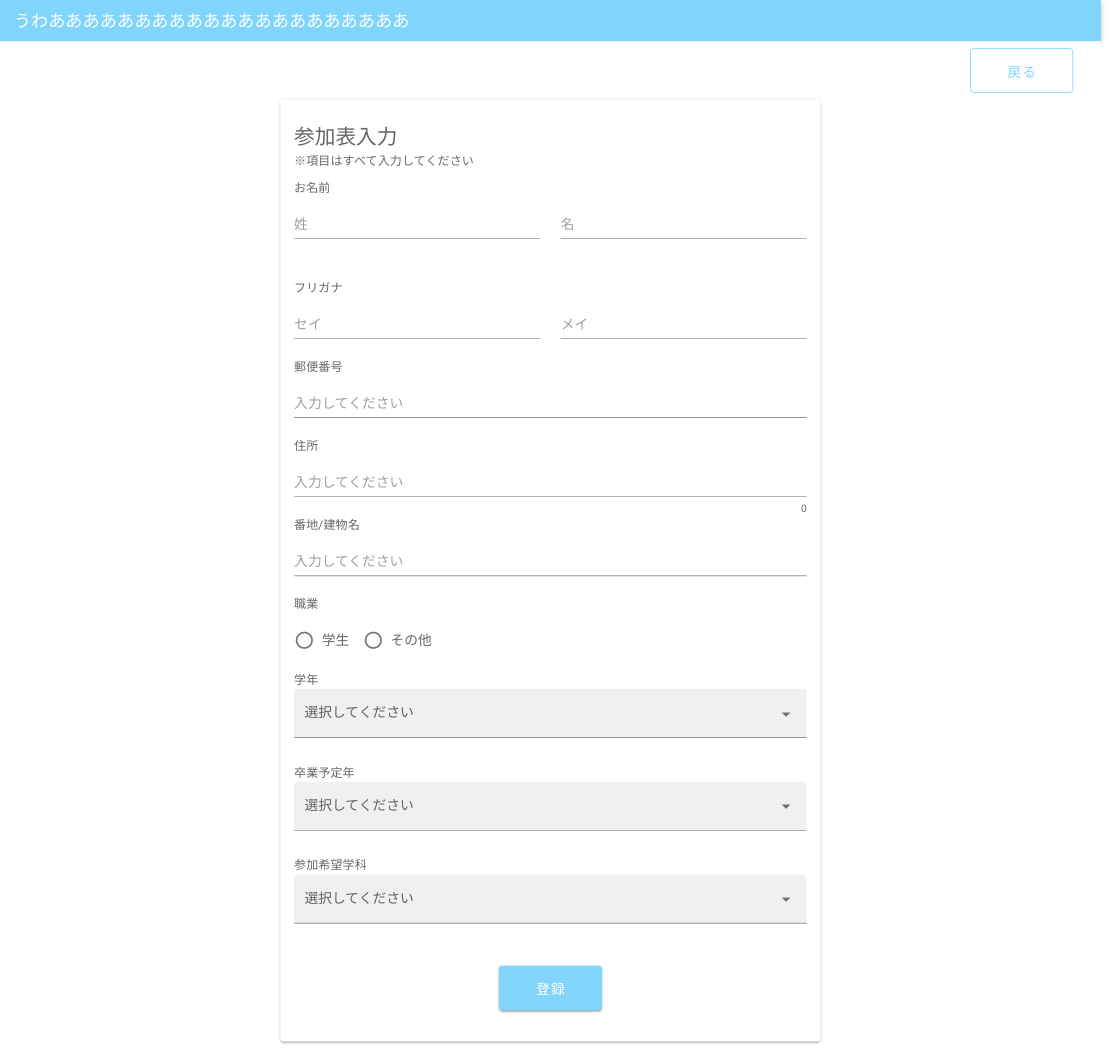
Repository: taniwhy/open-campus-system
Page: /#/register (app in client_view/)
The author's editor kept a copy of each file at every save. The page is drawn from the files as they stood at one save, then again after the next save.
The browser window is 1280 px wide. The page is 1292 px wide, so the pictures cover 1292 px, including what lies to the right of the window. The pictures show the whole page, at 86% of full size.
The project was rebuilt for these pictures with package versions that can differ from the ones it lists, and the page was loaded fresh each time. Also part of the build but not shown: client_view/vue.config.js, client_view/src/components/Home.vue, client_view/src/components/Login.vue, client_view/src/components/Branch.vue.

Above is the page before, as saved 2019-11-28 12:24:58.

After the next save:
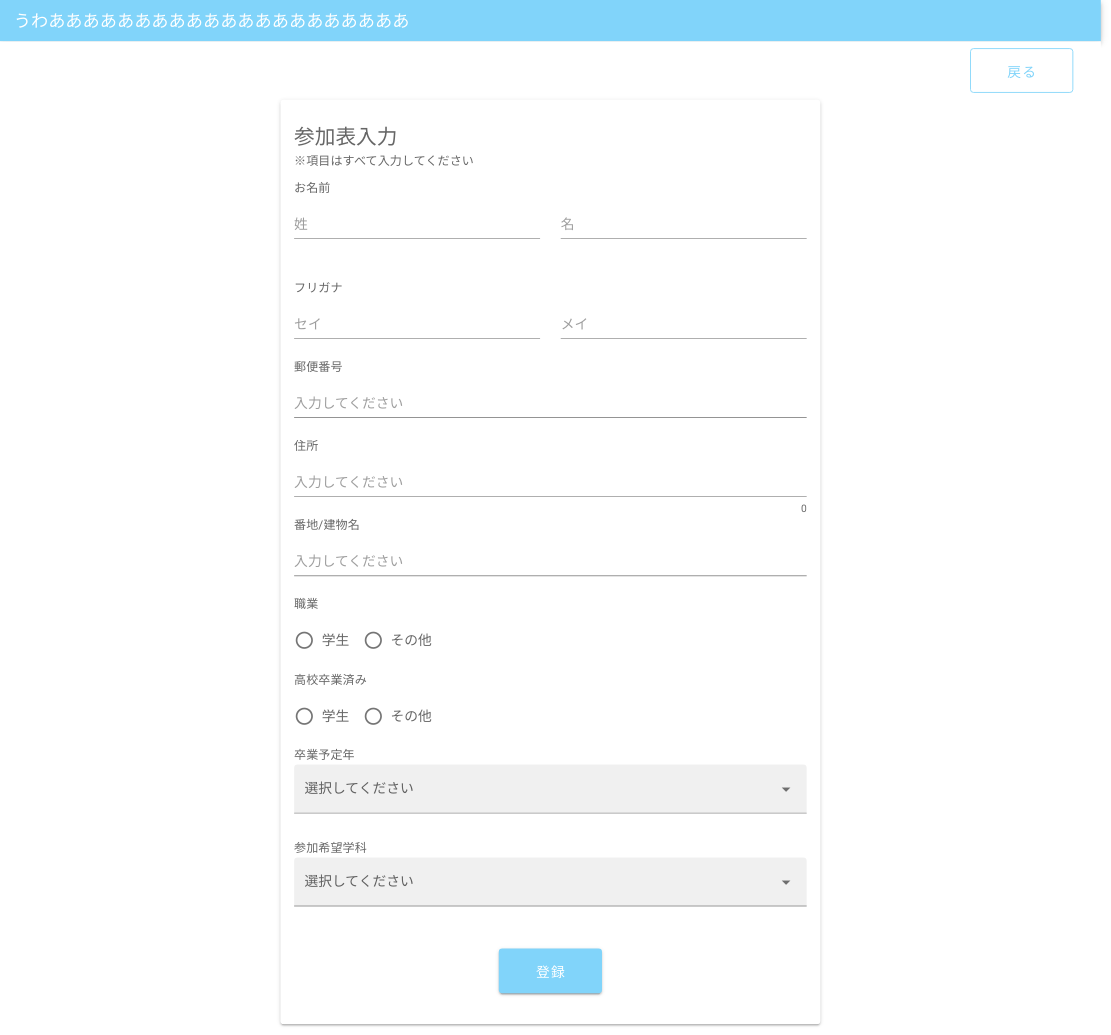
Saved 111 s later.
--- a/client_view/src/components/Register.vue
+++ b/client_view/src/components/Register.vue
@@ -127,8 +127,11 @@
               <v-select :items="yotei_items" filled label="選択してください"></v-select>
             </div>
             <div v-if="!student_check">
-              学年
-              <v-select :items="gakunen_items" filled label="選択してください"></v-select>卒業予定年
+              高校卒業済み
+              <v-radio-group v-model="row" row>
+              <v-radio label="学生" value="radio-1" @change="student_check = !student_check"></v-radio>
+              <v-radio label="その他" value="radio-2" @change="student_check = !student_check"></v-radio>
+            </v-radio-group>卒業予定年
               <v-select :items="yotei_items" filled label="選択してください"></v-select>
             </div>参加希望学科
             <v-select :items="gakka_items" filled label="選択してください"></v-select>
